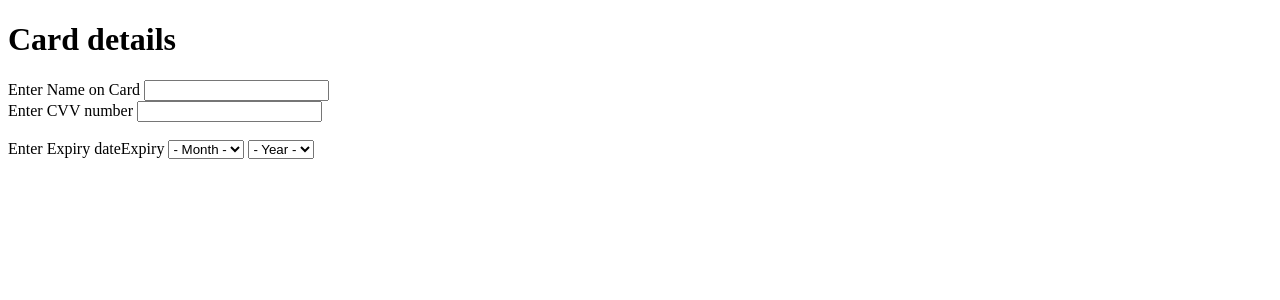
Repository: ajlazy/Day10
Page: CreditCard/WebContent/CreditCard.html
The author's editor kept a copy of each file at every save. The page is drawn from the files as they stood at one save, then again after the next save.
The browser window is 1280 px wide. The pictures show the whole page.

Above is the page before, as saved 2018-09-06 09:09:54.

After the next save:
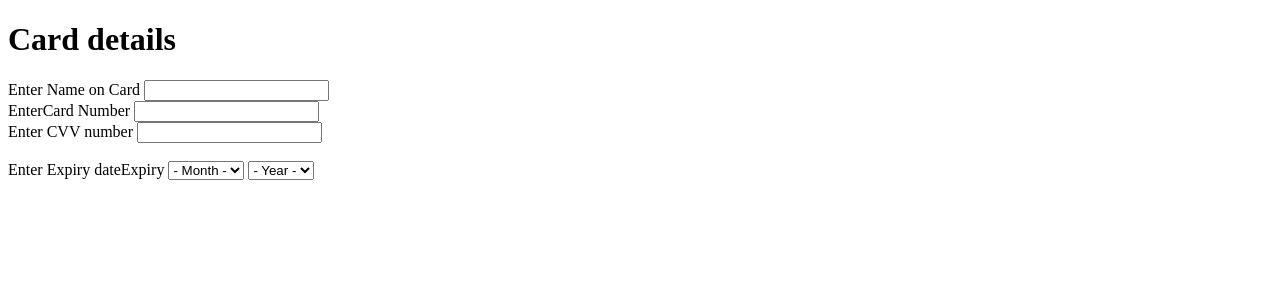
Saved 25 s later.
--- a/CreditCard/WebContent/CreditCard.html
+++ b/CreditCard/WebContent/CreditCard.html
@@ -8,6 +8,9 @@
 <h1>Card details</h1>
 <form action="CreditCard" method="post">
 <label>Enter Name on Card</label>
+<input type="text" name="Name on card"/>
+<br>
+<label>EnterCard Number</label>
 <input type="text" name="Name on card"/>
 <br>
 <label>Enter CVV number</label>
